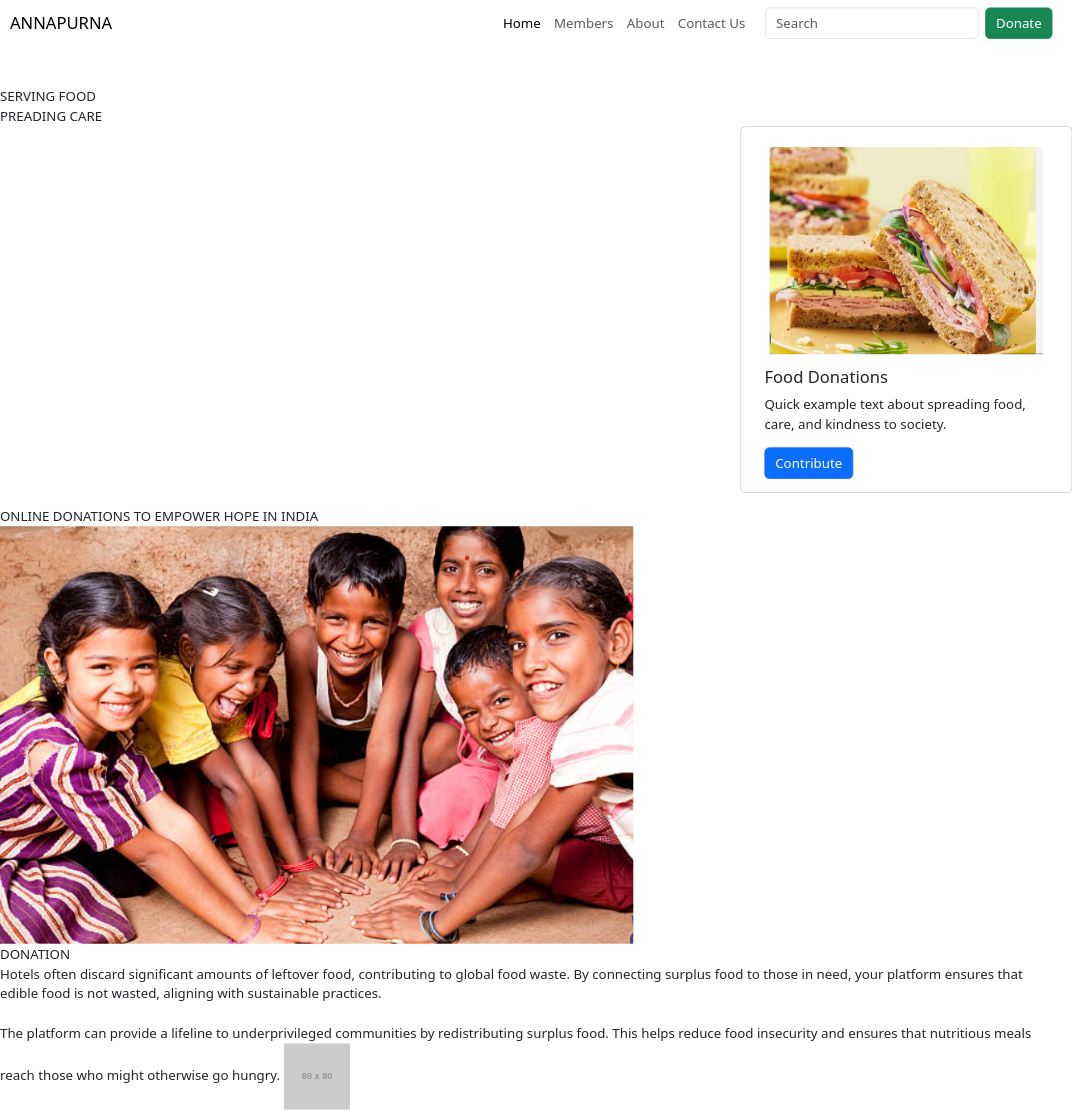
Repository: letscodeshivansh/Annapurna-2.0
Page: views/layouts/index.html
The author's editor kept a copy of each file at every save. The page is drawn from the files as they stood at one save, then again after the next save.
The browser window is 1280 px wide. The page is 1292 px wide, so the pictures cover 1292 px, including what lies to the right of the window. The pictures show the whole page, at 83% of full size.

Above is the page before, as saved 2025-01-23 17:25:45.

### views/layouts/index.html
<!doctype html>
<html lang="en">
  <head>
    <meta charset="utf-8">
    <meta name="viewport" content="width=device-width, initial-scale=1">
    <title>Annapurna</title>
    <link rel="stylesheet" href="">
    <link href="https://cdn.jsdelivr.net/npm/bootstrap@5.3.3/dist/css/bootstrap.min.css" rel="stylesheet" integrity="sha384-QWTKZyjpPEjISv5WaRU9OFeRpok6YctnYmDr5pNlyT2bRjXh0JMhjY6hW+ALEwIH" crossorigin="anonymous">
  </head>
  <body>
    <div class="Home-fluid">
    <nav class="navbar navbar-expand-lg ">
        <div class="container-fluid">
          <a class="navbar-brand" href="#">ANNAPURNA</a>
          <button class="navbar-toggler" type="button" data-bs-toggle="collapse" data-bs-target="#navbarSupportedContent" aria-controls="navbarSupportedContent" aria-expanded="false" aria-label="Toggle navigation">
            <span class="navbar-toggler-icon"></span>
          </button>
          <div class="collapse navbar-collapse " id="navbarSupportedContent">
            <ul class="navbar-nav ms-auto mb-2 mb-lg-0 ">
              <li class="nav-item ">
                <a class="nav-link active" aria-current="page" href="#home">Home</a>
              </li>
              <li class="nav-item">
                <a class="nav-link" href="#">Members</a>
              </li>
              <li class="nav-item">
                <a class="nav-link" href="#">About</a>
              </li>
              <li class="nav-item">
                <a class="nav-link" href="#">Contact Us</a>
              </li>
              <li class="nav-item">
                <a class="nav-link" href="#"><i fa></i></a>
              </li>

              <!--li class="nav-item dropdown">
                <a class="nav-link dropdown-toggle" href="#" role="button" data-bs-toggle="dropdown" aria-expanded="false">
                  Dropdown
                </a>
                <ul class="dropdown-menu">
                  <li><a class="dropdown-item" href="#">Action</a></li>
                  <li><a class="dropdown-item" href="#">Another action</a></li>
                  <li><hr class="dropdown-divider"></li>
                  <li><a class="dropdown-item" href="#">Something else here</a></li>
                </ul>
              </li>
              <li class="nav-item">
                <a class="nav-link disabled" aria-disabled="true">Disabled</a>
              </li-->
            </ul>
            <form class="d-flex" role="search">
              <input class="form-control me-2" type="search" placeholder="Search" aria-label="Search">
              <button class="btn btn-success" type="submit">Donate</button>
            </form>
          </div>
        </div>
      </nav><br><br>
      <div class="row">
      <p class="quote col-md-6">
        SERVING FOOD <br>
        PREADING CARE

      <div class="card ms-auto mt-5 mr-5 " style="width: 25rem;">
        <img src="../public/assets/food.png" class="card-img-top mx-auto mt-4" style="height: 250px; width: 330px ;" alt="...">
        <div class="card-body">
          <h5 class="card-title">Food Donations</h5>
          <p class="card-text">Quick example text about spreading food, care, and kindness to society.</p>
          <a href="#" class="btn btn-primary">Contribute</a>
        </div>
      </div></p>
    </div>
    </div>
     <!-- Custom Section -->

     <div class="container-custom">
      <div class="title">ONLINE DONATIONS TO EMPOWER HOPE IN INDIA</div>
      <div class="image col-md-5">
        <img src="assets/children.png" alt="Happy Children">
        <div class="donation-tag">DONATION</div>
      </div>
      <div class="content">
        Hotels often discard significant amounts of leftover food, contributing to global food waste. By connecting surplus food to those in need, your platform ensures that edible food is not wasted, aligning with sustainable practices.
        <br /><br />
        The platform can provide a lifeline to underprivileged communities by redistributing surplus food. This helps reduce food insecurity and ensures that nutritious meals reach those who might otherwise go hungry.
        <img src="https://via.placeholder.com/80.png" alt="Sticker" class="sticker" />
      </div>
    </div>
  </div>
</div>

    <script src="https://cdn.jsdelivr.net/npm/bootstrap@5.3.3/dist/js/bootstrap.bundle.min.js" integrity="sha384-YvpcrYf0tY3lHB60NNkmXc5s9fDVZLESaAA55NDzOxhy9GkcIdslK1eN7N6jIeHz" crossorigin="anonymous"></script>
  </body>
</html>

After the next save:
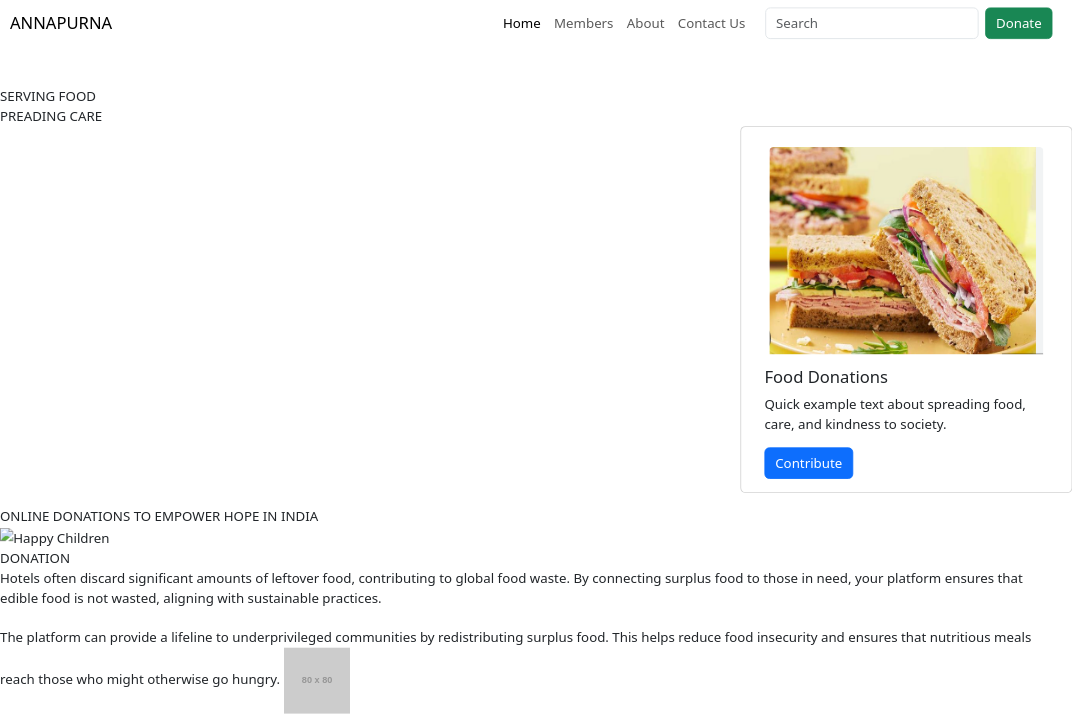
Not found: views/assets/children.png
Saved 4 min 14 s later.
--- a/views/layouts/index.html
+++ b/views/layouts/index.html
@@ -75,7 +75,7 @@
      <div class="container-custom">
       <div class="title">ONLINE DONATIONS TO EMPOWER HOPE IN INDIA</div>
       <div class="image col-md-5">
-        <img src="assets/children.png" alt="Happy Children">
+        <img src="../assets/children.png" alt="Happy Children">
         <div class="donation-tag">DONATION</div>
       </div>
       <div class="content">

After the save that followed:
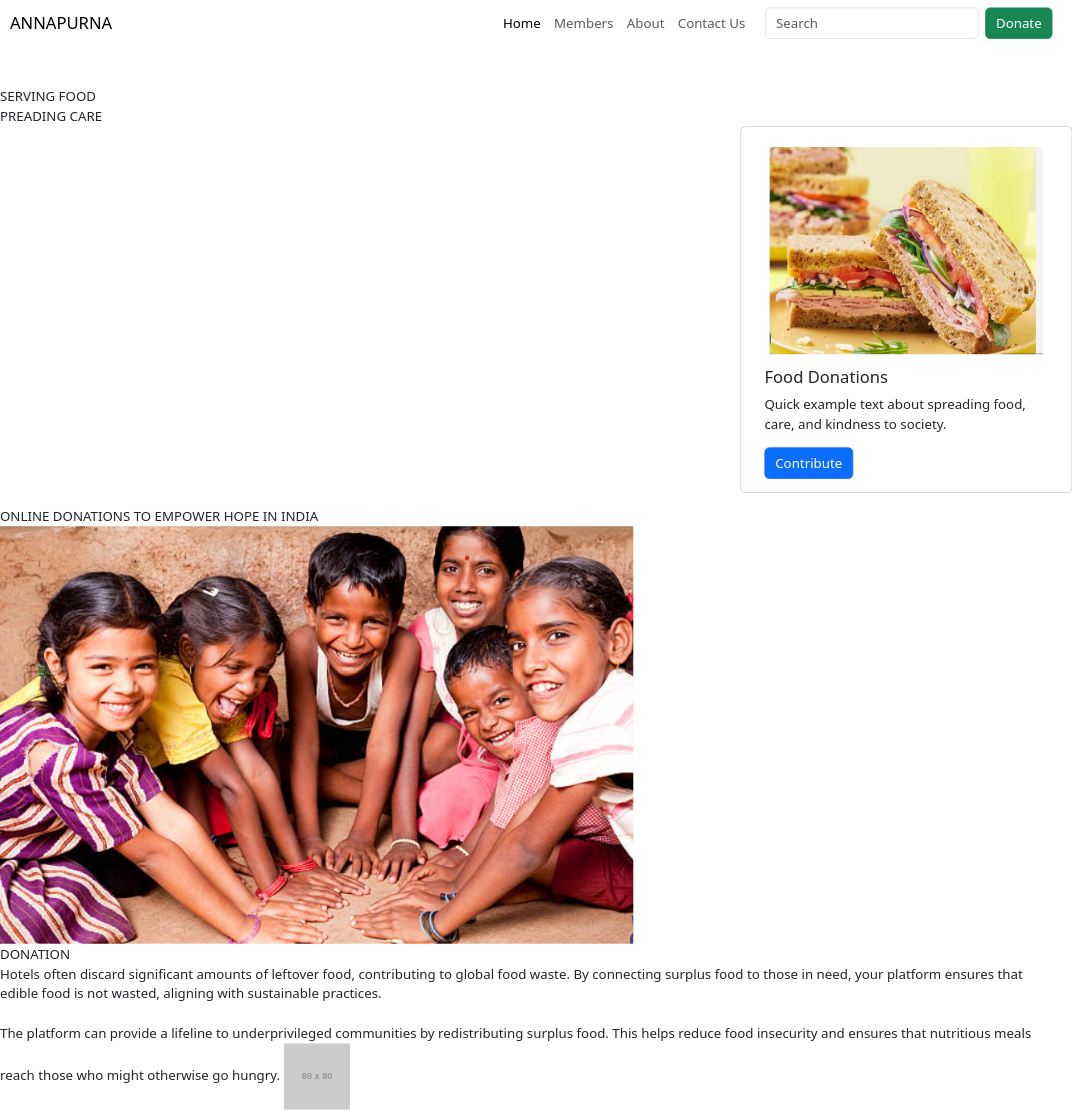
Saved 4 s later.
--- a/views/layouts/index.html
+++ b/views/layouts/index.html
@@ -75,7 +75,7 @@
      <div class="container-custom">
       <div class="title">ONLINE DONATIONS TO EMPOWER HOPE IN INDIA</div>
       <div class="image col-md-5">
-        <img src="../assets/children.png" alt="Happy Children">
+        <img src="../public/assets/children.png" alt="Happy Children">
         <div class="donation-tag">DONATION</div>
       </div>
       <div class="content">
